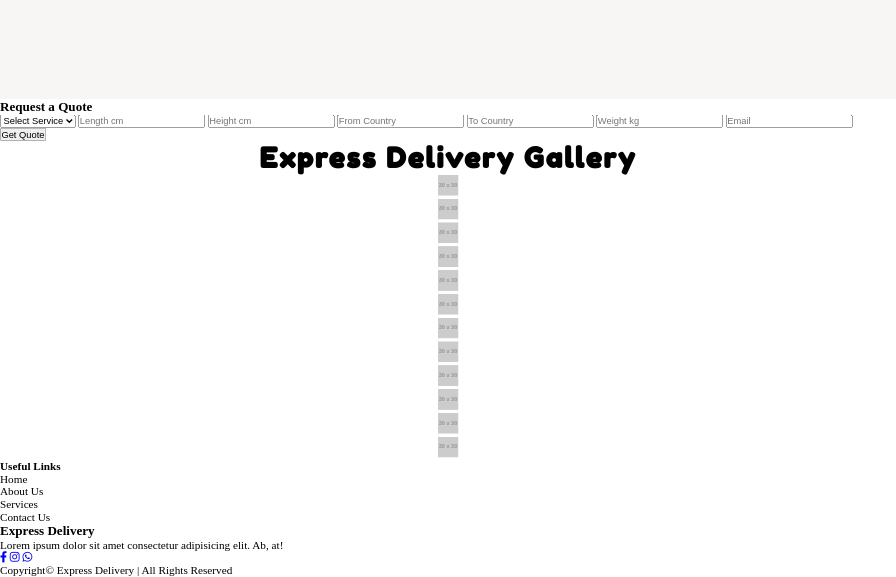
Repository: just-mann/express-delivery
Page: index.html
An editor plug-in stored every save of this project. The page is shown before and after the next save, followed by the edit.
The browser window is 1280 px wide. The pictures show the part of the page from y = 1301 to 3221 px (the page is 2125 px tall before and 3565 px after), at 70% of full size.
The style sheet was rebuilt from its Sass, Less or Tailwind sources for each picture, by a compiler version that may differ from the author's.

Above is the page before, as saved 2021-06-30 15:21:18.

### index.html
<!DOCTYPE html>
<html lang="en">
<head>
    <meta charset="UTF-8">
    <meta http-equiv="X-UA-Compatible" content="IE=edge">
    <meta name="viewport" content="width=device-width, initial-scale=1.0">
    <meta name="author" content="Justin Kollie">
    <meta name="description" content="Reliable shipping solutions across the U.S.">
    <link rel="stylesheet" href="/css/style.css">
    <link rel="stylesheet" href="https://cdnjs.cloudflare.com/ajax/libs/font-awesome/5.15.3/css/all.min.css" referrerpolicy="no-referrer" />
    <title>Express Delivery | Your trusted delivery system</title>
</head>
<body id="top">
    <header>
        <div class="top-section">
            <p><i class="fas fa-headphones"></i> 401 123 4567</p>
            <p class="emailAdd"><i class="fas fa-envelope"></i> expressdelivery@email.com</p>
            <p><i class="fas fa-map-marker-alt"></i> Providence, RI</p>
        </div>
        <nav>
            <a href="#" class="logo"><span>Express</span>Delivery</a>
            <div class="nav__links">
                <a href="#">Home</a>
                <a href="#">About</a>
                <a href="#">Services</a>
                <a class="quoteGet" href="#contact-us">Get a Quote</a>
            </div>
        </nav>
        <section class="hero__div">
            <div class="hero__section">
                <div class="hero__overlay">
                    <h2>Express Delivery</h2>
                    <p class="firstPara">Lorem ipsum, dolor sit amet consectetur adipisicing elit. Cumque, numquam.</p>
                    <p class="secondPara">Lorem ipsum dolor sit amet.</p>
                    <a href="#aboutUs">Scroll Down</a>
                </div>
            </div>
        </section>
    </header>
    <section class="product__description">

    </section>
    <section class="aboutUs" id="aboutUs">
        <h3>About Express Delivery</h3>
        <p>
            Lorem ipsum dolor sit amet consectetur adipisicing elit.
            Repellat consectetur alias sed dolores aspernatur asperiores!
        </p>
        <div class="about__card-div">
            <div class="card">
                <div class="imgDiv">
                    <img src="/images/container_ship.jpg" alt="card1">
                </div>
                <div>
                    <h4>Lorem ipsum dolor sit.</h4>
                    <h6>Lorem, ipsum.</h6>
                    <p>
                        Lorem ipsum dolor sit amet, consectetur adipisicing elit.
                        Laboriosam a excepturi minima tenetur error magnam incidunt
                        et expedita quo eveniet maxime sint, placeat modi nemo!
                    </p>
                </div>
            </div>
            <div class="card">
                <div class="imgDiv">
                    <img src="/images/container_ship.jpg" alt="card1">
                </div>
                <div>
                    <h4>Lorem ipsum dolor sit.</h4>
                    <h6>Lorem, ipsum.</h6>
                    <p>
                        Lorem ipsum dolor sit amet, consectetur adipisicing elit.
                        Laboriosam a excepturi minima tenetur error magnam incidunt
                        et expedita quo eveniet maxime sint, placeat modi nemo!
                    </p>
                </div>
            </div>
            <div class="card">
                <div class="imgDiv">
                    <img src="/images/container_ship.jpg" alt="card1">
                </div>
                <div>
                    <h4>Lorem ipsum dolor sit.</h4>
                    <h6>Lorem, ipsum.</h6>
                    <p>
                        Lorem ipsum dolor sit amet, consectetur adipisicing elit.
                        Laboriosam a excepturi minima tenetur error magnam incidunt
                        et expedita quo eveniet maxime sint, placeat modi nemo!
                    </p>
                </div>
            </div>
        </div>
    </section>
    <section class="contact" id="contact-us">
        <h3>Request a Quote</h3>
        <form action="">
            <select name="services" id="services">
                <option>Select Service</option>
                <option value="service1">Service 1</option>
                <option value="service2">Service 2</option>
                <option value="service3">Service 3</option>
                <option value="service4">Service 4</option>
            </select>
            <input type="text" placeholder="Length cm">
            <input type="text" placeholder="Height cm">
            <input type="text" name="country-from" id="country-from" placeholder="From Country">
            <input type="text" name="country-to" id="country-to" placeholder="To Country">
            <input type="text" name="weight" id="weight" placeholder="Weight kg">
            <input type="email" name="email" id="email" placeholder="Email">
            <input type="submit" value="Get Quote">
        </form>
    </section>
    <section class="gallery">
        <h3>Express Delivery Gallery</h3>
        <div class="gallery__div">
            <li><img src="https://placehold.co/30x30"></li>
            <li><img src="https://placehold.co/30x30"></li>
            <li><img src="https://placehold.co/30x30"></li>
            <li><img src="https://placehold.co/30x30"></li>
            <li><img src="https://placehold.co/30x30"></li>
            <li><img src="https://placehold.co/30x30"></li>
            <li><img src="https://placehold.co/30x30"></li>
            <li><img src="https://placehold.co/30x30"></li>
            <li><img src="https://placehold.co/30x30"></li>
            <li><img src="https://placehold.co/30x30"></li>
            <li><img src="https://placehold.co/30x30"></li>
            <li><img src="https://placehold.co/30x30"></li>
            <!-- <li><img src="https://placehold.co/10x10"></li> -->
        </div>
    </section>
    <footer class="footer">
        <section class="footer__top">
            <div class="usefulLinks">
                <h4>Useful Links</h4>
                <li>Home</li>
                <li>About Us</li>
                <li>Services</li>
                <li>Contact Us</li>
            </div>
            <div>
                <h3>Express Delivery</h3>
                <p>
                    Lorem ipsum dolor sit amet consectetur adipisicing elit. Ab, at!
                </p>
                <div class="social__links">
                    <a href="#"><i class="fab fa-facebook-f"></i></a>
                    <a href="#"><i class="fab fa-instagram"></i></a>
                    <a href="#"><i class="fab fa-whatsapp"></i></a>
                </div>
            </div>
        </section>
        <section class="footer__bottom">
            <p>Copyright&copy Express Delivery | All Rights Reserved</p>
        </section>
    </footer>
</body>
</html>

### Sass/style.scss
@import 'reset';
@import 'default__styles';
@import 'mixins';

body {
    position: relative;
}


header {
    .top-section {
        background: $secondary__color;
        color: $light__white;
        display: flex;
        justify-content: flex-start;
        align-items: center;
        // padding: 15px 0px;
        @include my_container;
        height: 45px;

        p {
            font-family: $third__font;
            font-size: 0.87rem;
            color: $dark__white;
            letter-spacing: 0.3px;
            margin: 0 10px;

            .emailAdd {
                border-left: 1px solid red;
                border-right: 1px solid red;
            }

            i {
                transition: 0.7s;
            }



            &:hover {
                i {
                    color: $primary__color;
                }
            }
        }
    }

    nav {
        // position: sticky;
        // top: 0;
        // left: 0;
        @include my_container;
        width: 100%;
        height: 95px;
        // padding: 0px 35px;
        background: $light__white;
        display: flex;
        justify-content: space-between;
        align-items: center;

        .logo {
            font-size: 2.3rem;
            color: $primary__color;
            font-weight: 450;
            letter-spacing: 1px;
            font-family: $primary__font;
            span {
                color: $secondary__color;
            }
        }

        .nav__links {
            a {
                color: $secondary__color;
                font-size: 1rem;
                margin: 0 15px;
                transition: 0.5s;
                font-family: $secondary__font;
                font-weight: 150;
                letter-spacing: 0.5px;

                &:hover {
                    color: $primary__color;
                }

            }

            .quoteGet {
                @include btn_style;
            }
        }
    }

    .hero__div {
        height: 90vh;
        z-index: 0;
        .hero__section {
            width: 100%;
            height: 100%;
            display: flex;
            justify-content: center;
            align-items: center;
            background: url('/images/heroImg.jpg') no-repeat center center / cover;

            .hero__overlay {
                // display: none;
                background: rgba(0, 0, 0, 0.678);
                height: 100%;
                width: 100%;
                display: flex;
                align-items: center;
                justify-content: center;
                flex-direction: column;
                color: $light__white;
                text-align: center;

                h2 {
                    font-size: 5rem;
                    margin-top: 30px;
                    font-family: $secondary__font;
                    font-weight: 90;
                }

                .firstPara {
                    font-family: $third__font;
                    font-size: 1.2rem;
                    font-weight: 300;
                    line-height: 1.4em;
                    margin: 30px 0px 6px 0px;
                    color: $dark__white;
                }
                .secondPara {
                    font-family: $third__font;
                    font-size: 1rem;
                    font-weight: 300;
                    line-height: 1.4em;
                    margin: 5px 0px;
                    color: $dark__white;
                }

                a {
                    @include btn_style;
                    margin: 80px 0px 5px 0px;
                }
            }
        }
    }
}





// About Us
.aboutUs {
    // @include my_container;
    max-width: 100%;
    min-height: 50vh;
    text-align: center;
    margin: 0px auto;
    padding-top: 30px;
    padding-bottom: 15px;
    background: rgb(248, 245, 245);

    h3 {

    }

    p {

    }

    .about__card-div {
        // background: yellow;
        max-width: 100%;
        margin: 0 auto;
        padding: 25px;
        display: grid;
        justify-content: center;
        align-items: center;
        grid-template-columns: repeat(3, 300px);

        .card {
            min-height: 500px;
            margin: 10px 20px;
            text-align: center;
            &:hover {
                // @include divShadow;
            }

            .imgDiv {
                min-height: 30%;
                padding: 0px;
            }

            img {
                width: 100%;
                min-height: 100%;
                object-fit: cover;
            }

            div {
                padding: 15px;
                margin: 0 auto;
                text-align: left;
                background: $dark__white;

                h4 {
                    font-size: 1.3rem;
                }

                h6 {

                }

                p {

                }
            }
        }
    }
}

.gallery {
    // padding: 35px;
    // min-height: 80vh;
    text-align: center;

    h3 {
        font-family: $secondary__font;
        font-size: 2.5rem;
        // text-align: center;
        letter-spacing: 2.5px;
    }

    .gallery__div {
        // @include clearFix;

        .gallery__div li {
            @include grid(4, 2%);

            img {
                width: 100%;
            }
        }
    }



}

### Sass/default__styles.scss
// Google Fonts
@import url('https://fonts.googleapis.com/css2?family=Abel&family=Dancing+Script:wght@300&family=Fredoka+One&family=Permanent+Marker&family=Red+Hat+Text:wght@300&family=Roboto:wght@100&family=Sacramento&display=swap');



// Styles for items like buttons, links, lists, and colors, fonts, etc..

// Variables
$primary__color: #F34963;
$secondary__color: #560c88;
$light__white: #ffffff;
$dark__white: #d1d1d1;
$primary__font: 'Permanent Marker', cursive;
$secondary__font: 'Fredoka One', cursive;
$third__font: 'Red Hat Text', sans-serif;








html {
    scroll-behavior: smooth;
}

a {
    text-decoration: none;
}

ul, li {
    list-style: none;
}

### Sass/mixins.scss
// Button Mixin
@mixin btn_style {
    border: none;
    background: $primary__color;
    color: $light__white;
    padding: 10px 15px;
    font-family: $secondary__font;
    font-weight: 150;
    letter-spacing: 1px;

    &:hover {
        color: $light__white;
        cursor: pointer;
    }
}

@mixin divShadow {
    box-shadow: -1px -3px 46px 16px rgba(0,0,0,0.23);
        -webkit-box-shadow: -1px -3px 46px 16px rgba(0,0,0,0.23);
        -moz-box-shadow: -1px -3px 46px 16px rgba(0,0,0,0.23);
}

@mixin my_container {
    padding: 0px 60px;
}

// ClearFix
@mixin ClearFix {
    &:after {
        content: "";
        display: block;
        clear: both;
    }
}


// Grid Mixin
@mixin grid($cols, $mgn) {
    @include ClearFix;
    float: left;
    margin-left: $mgn;
    margin-bottom: $mgn;
    width: ((100% - (($cols - 1) * $mgn)) / $cols);
    &::nth-child(#{$cols}n) {
        margin-right: 0;
    }
}

Loaded but not shown: Sass/reset.scss (common file)

After the next save:
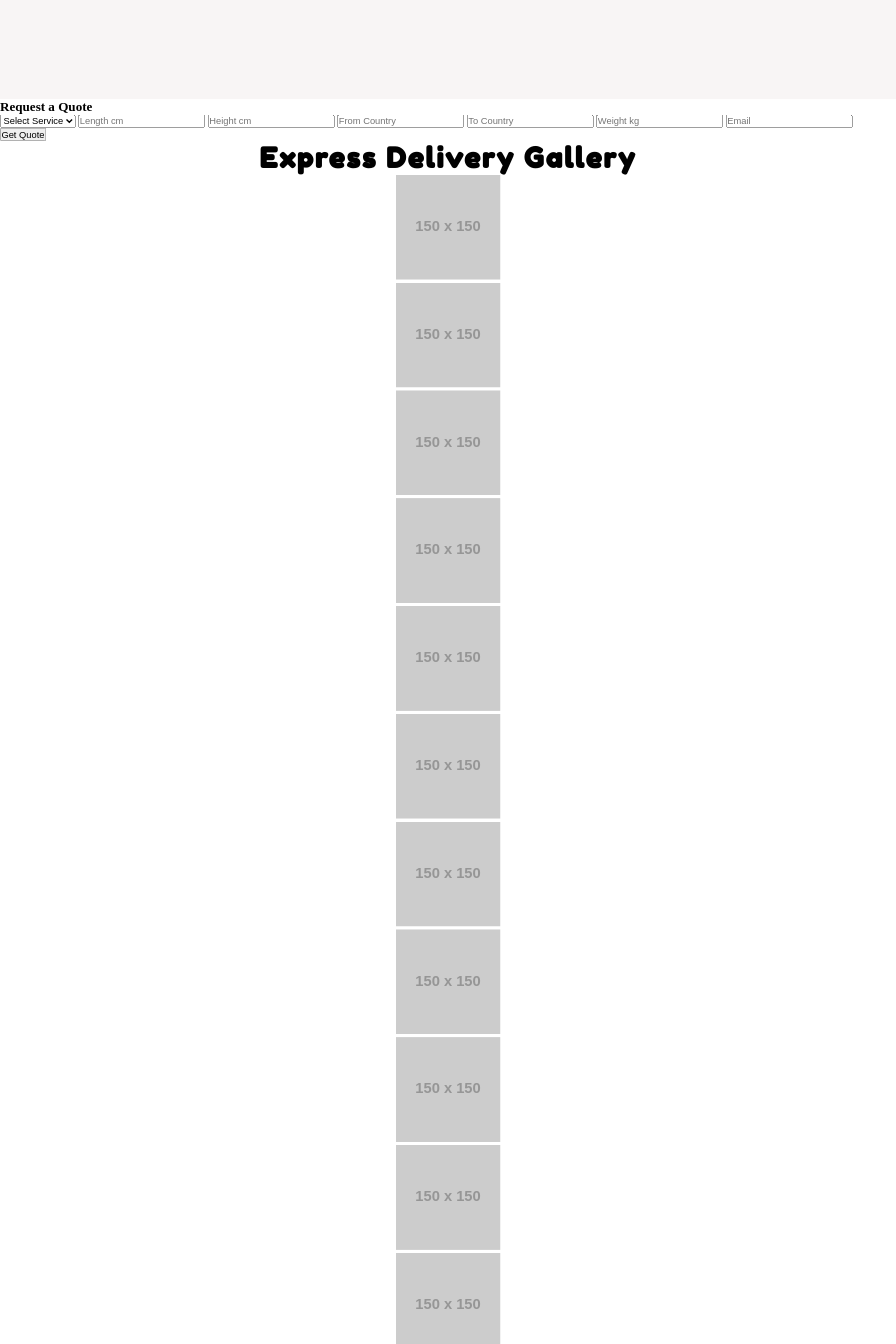
Saved 25 s later.
--- a/index.html
+++ b/index.html
@@ -113,18 +113,18 @@
     <section class="gallery">
         <h3>Express Delivery Gallery</h3>
         <div class="gallery__div">
-            <li><img src="https://placehold.co/30x30"></li>
-            <li><img src="https://placehold.co/30x30"></li>
-            <li><img src="https://placehold.co/30x30"></li>
-            <li><img src="https://placehold.co/30x30"></li>
-            <li><img src="https://placehold.co/30x30"></li>
-            <li><img src="https://placehold.co/30x30"></li>
-            <li><img src="https://placehold.co/30x30"></li>
-            <li><img src="https://placehold.co/30x30"></li>
-            <li><img src="https://placehold.co/30x30"></li>
-            <li><img src="https://placehold.co/30x30"></li>
-            <li><img src="https://placehold.co/30x30"></li>
-            <li><img src="https://placehold.co/30x30"></li>
+            <li><img src="https://placehold.co/150x150"></li>
+            <li><img src="https://placehold.co/150x150"></li>
+            <li><img src="https://placehold.co/150x150"></li>
+            <li><img src="https://placehold.co/150x150"></li>
+            <li><img src="https://placehold.co/150x150"></li>
+            <li><img src="https://placehold.co/150x150"></li>
+            <li><img src="https://placehold.co/150x150"></li>
+            <li><img src="https://placehold.co/150x150"></li>
+            <li><img src="https://placehold.co/150x150"></li>
+            <li><img src="https://placehold.co/150x150"></li>
+            <li><img src="https://placehold.co/150x150"></li>
+            <li><img src="https://placehold.co/150x150"></li>
             <!-- <li><img src="https://placehold.co/10x10"></li> -->
         </div>
     </section>
